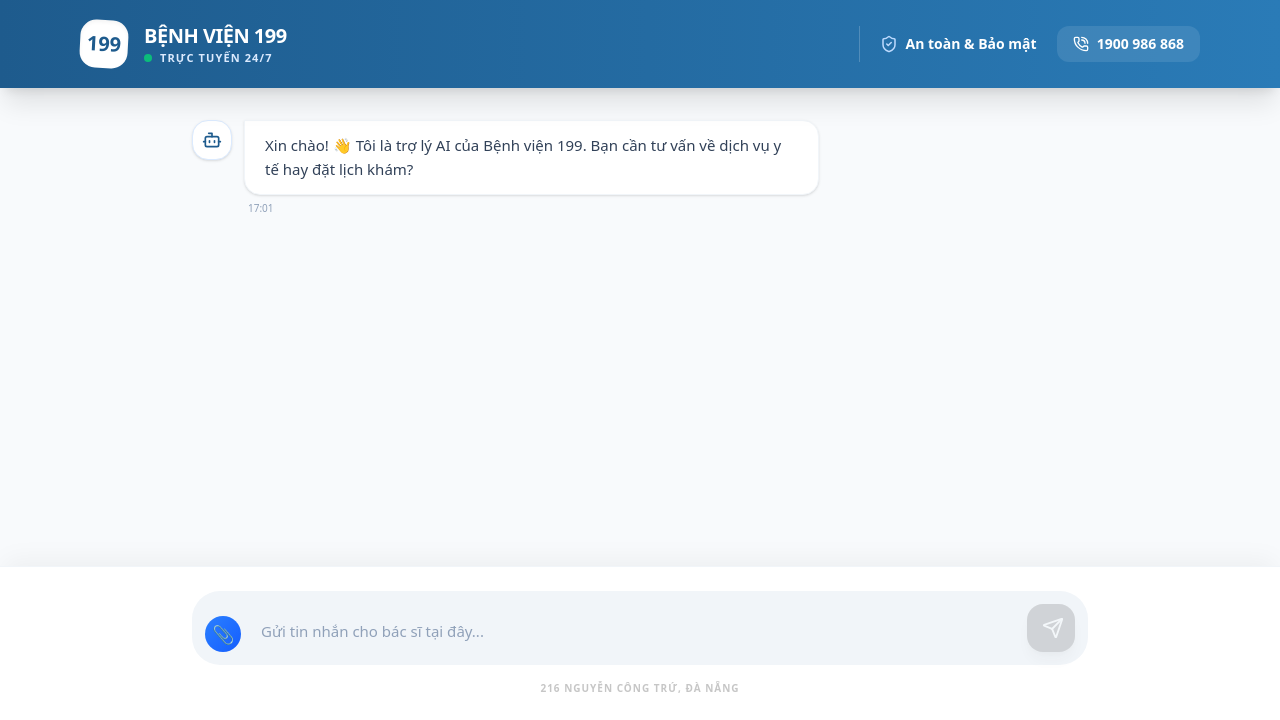
Repository: France2003/B-nh_Vi-n_199
Page: /
These files come from the project's save history. The page is drawn as it stood at one moment and after the next save; the edit follows.
The browser window is 1280 px wide. The pictures show the whole page.
The project was rebuilt for these pictures with package versions that can differ from the ones it lists, and the page was loaded fresh each time. Also part of the build but not shown: vite.config.ts, src/App.css.

Above is the page before, as saved 2026-01-10 12:48:14.

### index.html
<!doctype html>
<html lang="en">
  <head>
    <meta charset="UTF-8" />
    <link rel="icon" type="image/svg+xml" href="/vite.svg" />
    <meta name="viewport" content="width=device-width, initial-scale=1.0" />
    <title>chat199</title>
  </head>
  <body>
    <div id="root"></div>
    <script type="module" src="/src/main.tsx"></script>
  </body>
</html>

### src/App.tsx
import './App.css'
import { ChatBot } from './components/ChatBot'

function App() {
  return <ChatBot />
}

export default App

### src/components/ChatBot.tsx
import React, { useState, useRef, useEffect } from 'react';
import { Send, ShieldCheck, PhoneCall } from 'lucide-react';
import type { Message, UploadedFile } from '../types';
import { ChatMessage } from './ChatMessage';
import { FileUploader } from './FileUploader';
export const ChatBot: React.FC = () => {
  const [messages, setMessages] = useState<Message[]>([
    {
      id: '1',
      type: 'bot',
      content: 'Xin chào! 👋 Tôi là trợ lý AI của Bệnh viện 199. Bạn cần tư vấn về dịch vụ y tế hay đặt lịch khám?',
      timestamp: new Date(),
    },
  ]);

  const [uploadedFiles, setUploadedFiles] = useState<UploadedFile[]>([]);
  const [inputValue, setInputValue] = useState('');
  const [isLoading, setIsLoading] = useState(false);
  const messagesEndRef = useRef<HTMLDivElement>(null);

  useEffect(() => {
    messagesEndRef.current?.scrollIntoView({ behavior: 'smooth' });
  }, [messages, isLoading]);

  const handleSendMessage = () => {
    if (!inputValue.trim() && uploadedFiles.length === 0) return;

    const userMessage: Message = {
      id: Date.now().toString(),
      type: 'user',
      content: inputValue,
      timestamp: new Date(),
      files: uploadedFiles.length > 0 ? [...uploadedFiles] : undefined,
    };

    setMessages((prev) => [...prev, userMessage]);
    setInputValue('');
    setUploadedFiles([]);
    setIsLoading(true);

    // Giả lập Bot phản hồi
    setTimeout(() => {
      setMessages((prev) => [
        ...prev,
        {
          id: (Date.now() + 1).toString(),
          type: 'bot',
          content: '✓ Bệnh viện 199 đã nhận được thông tin. Bác sĩ chuyên khoa sẽ phản hồi bạn trong giây lát.',
          timestamp: new Date(),
        },
      ]);
      setIsLoading(false);
    }, 1000);
  };

  return (
    <div className="flex flex-col h-screen max-h-screen bg-[#f8fafc] overflow-hidden">

      {/* HEADER - MODERN & PROFESSIONAL */}
      <header className="bg-gradient-to-r from-[#1e5b8d] to-[#2a7bb7] text-white shadow-xl z-20 shrink-0">
        <div className="max-w-6xl mx-auto px-4 py-4 md:py-5 flex items-center justify-between">
          <div className="flex items-center gap-4">
            <div className="w-12 h-12 bg-white rounded-2xl flex items-center justify-center text-[#1e5b8d] font-black text-xl shadow-inner rotate-3">
              199
            </div>
            <div>
              <h1 className="text-xl font-extrabold tracking-tight">BỆNH VIỆN 199</h1>
              <div className="flex items-center gap-2">
                <span className="w-2 h-2 bg-green-400 rounded-full animate-pulse"></span>
                <span className="text-[11px] text-blue-100 font-bold uppercase tracking-widest">Trực tuyến 24/7</span>
              </div>
            </div>
          </div>
          <div className="hidden md:flex items-center gap-5 border-l border-white/20 pl-5">
            <div className="flex items-center gap-2 text-sm font-semibold">
              <ShieldCheck size={18} className="text-blue-200" />
              <span>An toàn & Bảo mật</span>
            </div>
            <a href="tel:1900986868" className="flex items-center gap-2 bg-white/10 hover:bg-white/20 px-4 py-2 rounded-xl transition-all">
              <PhoneCall size={16} />
              <span className="text-sm font-bold">1900 986 868</span>
            </a>
          </div>
        </div>
      </header>

      {/* CHAT MAIN AREA - FULL SCREEN WITH WATERMARK */}
      <main className="flex-1 overflow-y-auto hospital-chat-bg relative scroll-smooth px-4 py-8">
        <div className="max-w-4xl mx-auto relative z-10">
          {messages.map((m) => (
            <ChatMessage key={m.id} message={m} />
          ))}

          {isLoading && (
            <div className="flex gap-3 mb-8 items-center">
              <div className="w-8 h-8 rounded-xl bg-white border flex items-center justify-center shadow-sm">
                <div className="flex gap-1">
                  <span className="w-1 h-1 bg-blue-500 rounded-full animate-bounce"></span>
                  <span className="w-1.5 h-1.5 bg-blue-500 rounded-full animate-bounce [animation-delay:0.2s]"></span>
                  <span className="w-1 h-1 bg-blue-500 rounded-full animate-bounce [animation-delay:0.4s]"></span>
                </div>
              </div>
              <span className="text-xs text-slate-400 font-bold animate-pulse">Bác sĩ đang xem tin nhắn...</span>
            </div>
          )}
          <div ref={messagesEndRef} />
        </div>
      </main>

      {/* INPUT AREA AREA - MODERN FLOATING STYLE */}
      <footer className="bg-white border-t border-slate-100 p-4 md:p-6 shrink-0 z-20 shadow-[0_-10px_25px_-5px_rgba(0,0,0,0.05)]">
        <div className="max-w-4xl mx-auto">
          {/* Input Box */}
          <div className="flex items-end gap-3 bg-slate-100 hover:bg-slate-200/60 transition-colors rounded-[28px] p-2 md:p-3 focus-within:bg-white focus-within:ring-2 focus-within:ring-[#1e5b8d]/20 border border-transparent focus-within:border-[#1e5b8d]/30">
            <FileUploader
              onFilesUpload={(f) => setUploadedFiles(p => [...p, ...f])}
              showLabel={false}
            />

            <textarea
              rows={1}
              value={inputValue}
              onChange={(e) => setInputValue(e.target.value)}
              onKeyDown={(e) => {
                if (e.key === 'Enter' && !e.shiftKey) {
                  e.preventDefault();
                  handleSendMessage();
                }
              }}
              placeholder="Gửi tin nhắn cho bác sĩ tại đây..."
              className="flex-1 bg-transparent border-none outline-none text-[15px] py-2.5 px-2 resize-none max-h-32 text-slate-700 placeholder:text-slate-400 font-medium"
            />

            <button
              onClick={handleSendMessage}
              disabled={!inputValue.trim() && !uploadedFiles.length}
              className="w-12 h-12 rounded-2xl bg-[#1e5b8d] text-white flex items-center justify-center hover:bg-[#15436b] transition-all shadow-lg shadow-blue-900/20 active:scale-95 disabled:opacity-20 disabled:grayscale"
            >
              <Send size={22} className="ml-1" />
            </button>
          </div>

          <div className="flex justify-center gap-4 mt-4 opacity-40 grayscale hover:grayscale-0 transition-all cursor-default">
            <span className="text-[10px] font-bold uppercase tracking-widest text-slate-500">216 Nguyễn Công Trứ, Đà Nẵng</span>
          </div>
        </div>
      </footer>
    </div>
  );
};

### src/components/ChatMessage.tsx
import React from 'react';
import { User, Bot, FileText } from 'lucide-react';
import type { Message } from '../types';

export const ChatMessage: React.FC<{ message: Message }> = ({ message }) => {
  const isUser = message.type === 'user';

  return (
    <div className={`flex w-full mb-8 ${isUser ? 'justify-end' : 'justify-start'}`}>
      <div className={`flex gap-3 max-w-[85%] md:max-w-[70%] ${isUser ? 'flex-row-reverse' : 'flex-row'}`}>

        {/* AVATAR */}
        <div className={`w-10 h-10 shrink-0 rounded-2xl flex items-center justify-center shadow-sm
          ${isUser ? 'bg-[#1e5b8d] text-white' : 'bg-white border border-blue-100 text-[#1e5b8d]'}`}>
          {isUser ? <User size={20} /> : <Bot size={20} />}
        </div>

        {/* BUBBLE CONTENT */}
        <div className={`flex flex-col ${isUser ? 'items-end' : 'items-start'}`}>
          <div className={`px-5 py-3 rounded-2xl shadow-sm text-[15px] leading-relaxed break-words
            ${isUser
              ? 'bg-[#1e5b8d] text-white rounded-tr-none'
              : 'bg-white text-slate-700 border border-slate-100 rounded-tl-none'}`}>

            {message.content && <p>{message.content}</p>}

            {/* HIỂN THỊ FILES ĐÃ GỬI */}
            {message.files && message.files.length > 0 && (
              <div className={`mt-3 space-y-2 w-full ${message.content ? 'pt-3 border-t border-white/20' : ''}`}>
                {message.files.map((file) => (
                  <div key={file.id} className={`p-2 rounded-xl border ${isUser ? 'bg-white/10 border-white/20' : 'bg-slate-50 border-slate-100'}`}>
                    {file.type === 'image' && file.preview ? (
                      <img src={file.preview} alt="upload" className="max-w-full rounded-lg max-h-60 object-contain mx-auto" />
                    ) : (
                      <div className="flex items-center gap-2 text-sm p-1">
                        <FileText size={18} className={isUser ? 'text-blue-100' : 'text-blue-600'} />
                        <span className="truncate max-w-[150px]">{file.name}</span>
                      </div>
                    )}
                    {file.description && (
                      <p className={`text-[12px] mt-2 italic px-1 ${isUser ? 'text-blue-100' : 'text-slate-500'}`}>
                        Mô tả: {file.description}
                      </p>
                    )}
                  </div>
                ))}
              </div>
            )}
          </div>

          {/* TIMESTAMP */}
          <span className="text-[10px] text-slate-400 mt-1.5 font-medium px-1">
            {message.timestamp.toLocaleTimeString('vi-VN', { hour: '2-digit', minute: '2-digit' })}
          </span>
        </div>
      </div>
    </div>
  );
};

### src/components/FileUploader.tsx
import React, { useState, useRef } from 'react';
import type { UploadedFile } from '../types';

interface FileUploaderProps {
  onFilesUpload: (files: UploadedFile[]) => void;
  showLabel?: boolean;
}

export const FileUploader: React.FC<FileUploaderProps> = ({ onFilesUpload, showLabel = true }) => {
  const [isDragActive, setIsDragActive] = useState(false);
  const fileInputRef = useRef<HTMLInputElement>(null);

  const handleDrag = (e: React.DragEvent) => {
    e.preventDefault();
    e.stopPropagation();
    if (e.type === 'dragenter' || e.type === 'dragover') {
      setIsDragActive(true);
    } else if (e.type === 'dragleave') {
      setIsDragActive(false);
    }
  };

  const processFiles = (files: FileList) => {
    const uploadedFiles: UploadedFile[] = [];

    Array.from(files).forEach((file) => {
      const isImage = file.type.startsWith('image/');
      const uploadedFile: UploadedFile = {
        id: `${Date.now()}-${Math.random()}`,
        name: file.name,
        type: isImage ? 'image' : 'file',
        file,
      };

      if (isImage) {
        const reader = new FileReader();
        reader.onload = (e) => {
          uploadedFile.preview = e.target?.result as string;
        };
        reader.readAsDataURL(file);
      }

      uploadedFiles.push(uploadedFile);
    });

    onFilesUpload(uploadedFiles);
  };

  const handleDrop = (e: React.DragEvent) => {
    e.preventDefault();
    e.stopPropagation();
    setIsDragActive(false);

    if (e.dataTransfer.files && e.dataTransfer.files[0]) {
      processFiles(e.dataTransfer.files);
    }
  };

  const handleChange = (e: React.ChangeEvent<HTMLInputElement>) => {
    if (e.target.files) {
      processFiles(e.target.files);
    }
  };

  if (!showLabel) {
    return (
      <>
        <input
          ref={fileInputRef}
          type="file"
          multiple
          onChange={handleChange}
          accept="image/*,.pdf,.doc,.docx,.xls,.xlsx,.txt"
          className="hidden"
          id="file-upload-input"
        />
        <label
          htmlFor="file-upload-input"
          className="flex items-center justify-center w-9 h-9 rounded-full bg-gradient-to-br from-blue-500 to-blue-600 text-white cursor-pointer hover:shadow-md transition-transform active:scale-95 flex-shrink-0"
          title="Tải file"
          onDragEnter={handleDrag}
          onDragLeave={handleDrag}
          onDragOver={handleDrag}
          onDrop={handleDrop}
        >
          <span className="text-lg">📎</span>
        </label>
      </>
    );
  }

  return (
    <div
      className={`border-2 border-dashed rounded-2xl p-8 text-center transition-all cursor-pointer mb-5 ${
        isDragActive
          ? 'border-blue-500 bg-blue-50 shadow-lg scale-105'
          : 'border-blue-300 bg-blue-50 hover:bg-blue-100 hover:border-blue-400'
      }`}
      onDragEnter={handleDrag}
      onDragLeave={handleDrag}
      onDragOver={handleDrag}
      onDrop={handleDrop}
    >
      <input
        ref={fileInputRef}
        type="file"
        multiple
        onChange={handleChange}
        accept="image/*,.pdf,.doc,.docx,.xls,.xlsx,.txt"
        className="hidden"
      />
      <div className="pointer-events-none">
        <div className="text-4xl mb-3">📁</div>
        <p className="m-0 mb-2 text-base font-bold text-blue-900">Kéo thả file tại đây</p>
        <p className="m-0 text-sm text-blue-600 mb-3">hoặc nhấp để chọn từ máy tính</p>
        <p className="m-0 text-xs text-blue-500">Hỗ trợ: Hình ảnh, PDF, Word, Excel</p>
      </div>
    </div>
  );
};

Loaded but not shown: src/main.tsx (common file); src/index.css (common file)

After the next save:
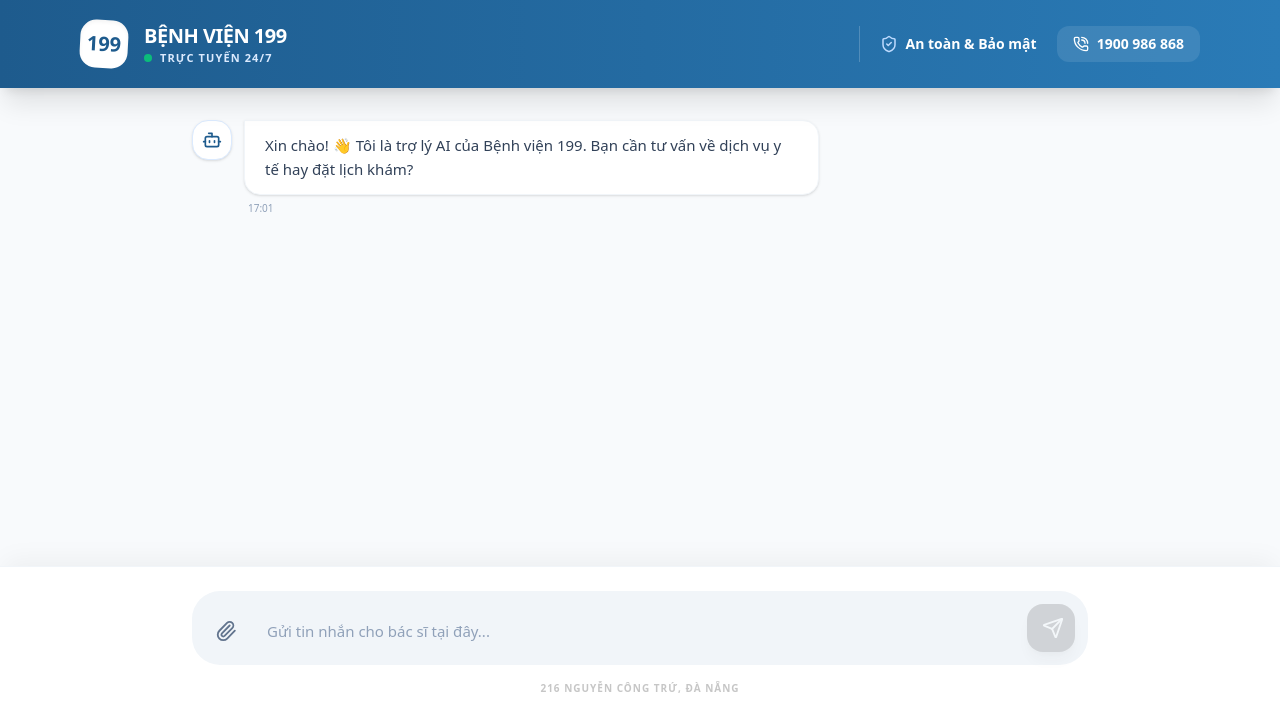
Saved 11 s later.
--- a/src/components/FileUploader.tsx
+++ b/src/components/FileUploader.tsx
@@ -1,120 +1,47 @@
-import React, { useState, useRef } from 'react';
+import React, { useRef } from 'react';
+import { Paperclip } from 'lucide-react';
 import type { UploadedFile } from '../types';
 
-interface FileUploaderProps {
-  onFilesUpload: (files: UploadedFile[]) => void;
-  showLabel?: boolean;
-}
-
-export const FileUploader: React.FC<FileUploaderProps> = ({ onFilesUpload, showLabel = true }) => {
-  const [isDragActive, setIsDragActive] = useState(false);
+export const FileUploader: React.FC<{ onFilesUpload: (files: UploadedFile[]) => void }> = ({ onFilesUpload }) => {
   const fileInputRef = useRef<HTMLInputElement>(null);
 
-  const handleDrag = (e: React.DragEvent) => {
-    e.preventDefault();
-    e.stopPropagation();
-    if (e.type === 'dragenter' || e.type === 'dragover') {
-      setIsDragActive(true);
-    } else if (e.type === 'dragleave') {
-      setIsDragActive(false);
+  const handleChange = (e: React.ChangeEvent<HTMLInputElement>) => {
+    if (e.target.files) {
+      const newFiles: UploadedFile[] = Array.from(e.target.files).map(file => {
+        const isImage = file.type.startsWith('image/');
+        return {
+          id: Math.random().toString(36).substring(2, 9),
+          name: file.name,
+          type: (isImage ? 'image' : 'file') as 'image' | 'file',
+          file: file,
+          preview: isImage ? URL.createObjectURL(file) : undefined
+        };
+      });
+
+      onFilesUpload(newFiles);
+
+      // Reset input để có thể chọn lại cùng 1 file
+      if (fileInputRef.current) fileInputRef.current.value = '';
     }
   };
 
-  const processFiles = (files: FileList) => {
-    const uploadedFiles: UploadedFile[] = [];
-
-    Array.from(files).forEach((file) => {
-      const isImage = file.type.startsWith('image/');
-      const uploadedFile: UploadedFile = {
-        id: `${Date.now()}-${Math.random()}`,
-        name: file.name,
-        type: isImage ? 'image' : 'file',
-        file,
-      };
-
-      if (isImage) {
-        const reader = new FileReader();
-        reader.onload = (e) => {
-          uploadedFile.preview = e.target?.result as string;
-        };
-        reader.readAsDataURL(file);
-      }
-
-      uploadedFiles.push(uploadedFile);
-    });
-
-    onFilesUpload(uploadedFiles);
-  };
-
-  const handleDrop = (e: React.DragEvent) => {
-    e.preventDefault();
-    e.stopPropagation();
-    setIsDragActive(false);
-
-    if (e.dataTransfer.files && e.dataTransfer.files[0]) {
-      processFiles(e.dataTransfer.files);
-    }
-  };
-
-  const handleChange = (e: React.ChangeEvent<HTMLInputElement>) => {
-    if (e.target.files) {
-      processFiles(e.target.files);
-    }
-  };
-
-  if (!showLabel) {
-    return (
-      <>
-        <input
-          ref={fileInputRef}
-          type="file"
-          multiple
-          onChange={handleChange}
-          accept="image/*,.pdf,.doc,.docx,.xls,.xlsx,.txt"
-          className="hidden"
-          id="file-upload-input"
-        />
-        <label
-          htmlFor="file-upload-input"
-          className="flex items-center justify-center w-9 h-9 rounded-full bg-gradient-to-br from-blue-500 to-blue-600 text-white cursor-pointer hover:shadow-md transition-transform active:scale-95 flex-shrink-0"
-          title="Tải file"
-          onDragEnter={handleDrag}
-          onDragLeave={handleDrag}
-          onDragOver={handleDrag}
-          onDrop={handleDrop}
-        >
-          <span className="text-lg">📎</span>
-        </label>
-      </>
-    );
-  }
-
   return (
-    <div
-      className={`border-2 border-dashed rounded-2xl p-8 text-center transition-all cursor-pointer mb-5 ${
-        isDragActive
-          ? 'border-blue-500 bg-blue-50 shadow-lg scale-105'
-          : 'border-blue-300 bg-blue-50 hover:bg-blue-100 hover:border-blue-400'
-      }`}
-      onDragEnter={handleDrag}
-      onDragLeave={handleDrag}
-      onDragOver={handleDrag}
-      onDrop={handleDrop}
-    >
+    <>
       <input
-        ref={fileInputRef}
         type="file"
         multiple
+        className="hidden"
+        ref={fileInputRef}
         onChange={handleChange}
-        accept="image/*,.pdf,.doc,.docx,.xls,.xlsx,.txt"
-        className="hidden"
+        accept="image/*,.pdf,.doc,.docx,.xls,.xlsx"
       />
-      <div className="pointer-events-none">
-        <div className="text-4xl mb-3">📁</div>
-        <p className="m-0 mb-2 text-base font-bold text-blue-900">Kéo thả file tại đây</p>
-        <p className="m-0 text-sm text-blue-600 mb-3">hoặc nhấp để chọn từ máy tính</p>
-        <p className="m-0 text-xs text-blue-500">Hỗ trợ: Hình ảnh, PDF, Word, Excel</p>
-      </div>
-    </div>
+      <button
+        type="button"
+        onClick={() => fileInputRef.current?.click()}
+        className="p-2.5 text-slate-500 hover:text-[#1e5b8d] hover:bg-white rounded-full transition-all shrink-0"
+      >
+        <Paperclip size={22} />
+      </button>
+    </>
   );
 };
